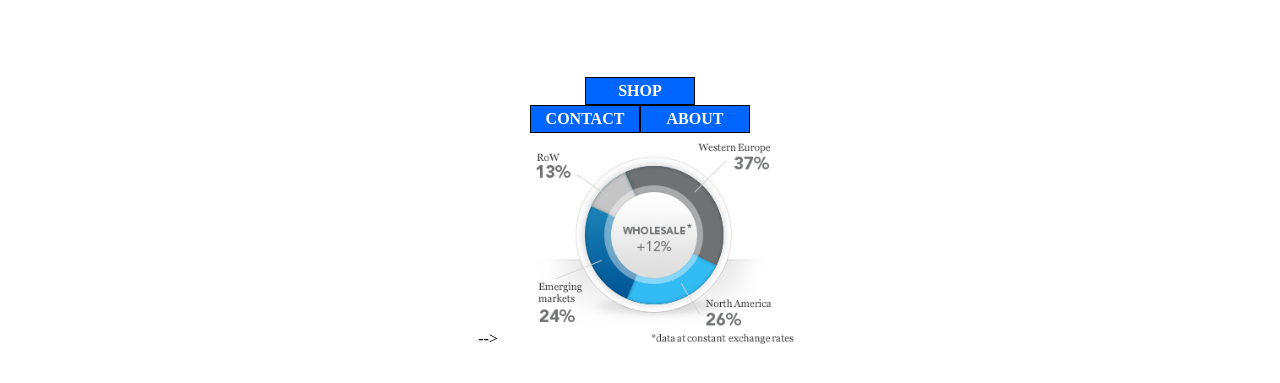
Repository: RichHomieGarry/GarrisonTsui-Website
Page: lab3/about.html
The author's editor kept a record of every edit. The page is drawn from the files as they stood at one moment, then again after the next edit.
The browser window is 1280 px wide. The pictures show the whole page.

Above is the page before.

### lab3/about.html
<html>
    <head>
        <link rel="stylesheet" type="text/css" href="style.css">
        <!-- Garrison Tsui 862098245, gtsui001@ucr.edu-->
        <title> Luxottica Group</title>
    </head>
    <body>
        <div class="Main">
        <br>
        <img src="/lab3/logocshw.png">
        <br>
        <br>
        <ul>
            <li class="drop-button">
                <a href="index.html">Shop</a>
                <ul class="drop">
                    <li><a target="blank" href="http://www.ray-ban.com/usa/">RayBan</a></li>
                    <li><a target="blank" href="http://www.oakley.com/">Oakley</a></li>
                </ul>
            </li>
        </ul>
        <li class="drop-button">
            <a href="contact.html">Contact</a>
            <ul class="drop">
                <li>
                    <a href="mailto:gtsui001@ucr.edu">Email</a>
                </li>
                <li>
                    <a href="tel:555-555-5555">Phone</a>
                </li>
            </ul>
            <li>
                <a href="about.html">About</a>
            </li>
            <ul>
                <div class="Picture"
                <!-- <img src="salescshw.png"> -->
                <img src="salescshw.png" width="300">

            </ul>

            </body>
            </html>

### lab3/style.css
body{
    background: url(/lab3/background cshw.png);
    margin: 0;
    padding: 0;
}
.Main{
    min-width: 500px;
    text-align: center;
}
ul {
    list-style-type: none;
    margin: 0;
    padding: 0;
}
li{
    display: inline-block;
}
a, a:visited {
    display: block;
    width: 100px;
    font-weight: bold;
    color: #FFFFFF;
    background-color: #0066FF;
    text-align: center;
    border-style: solid;
    border-width: 1px;
    border-color: black;
    padding: 4px;
    text-decoration: none;
    text-transform: uppercase;
}
a:hover, a:active{
    background-color: #6699FF;
}
.Main .drop {
    display: none;
}
.Main li{
    position: relative;
}
.Main li.drop-button:hover .drop{
    display: block;
    position: absolute;
    top: 28px;
    z-index: 1;
}

After the next edit:
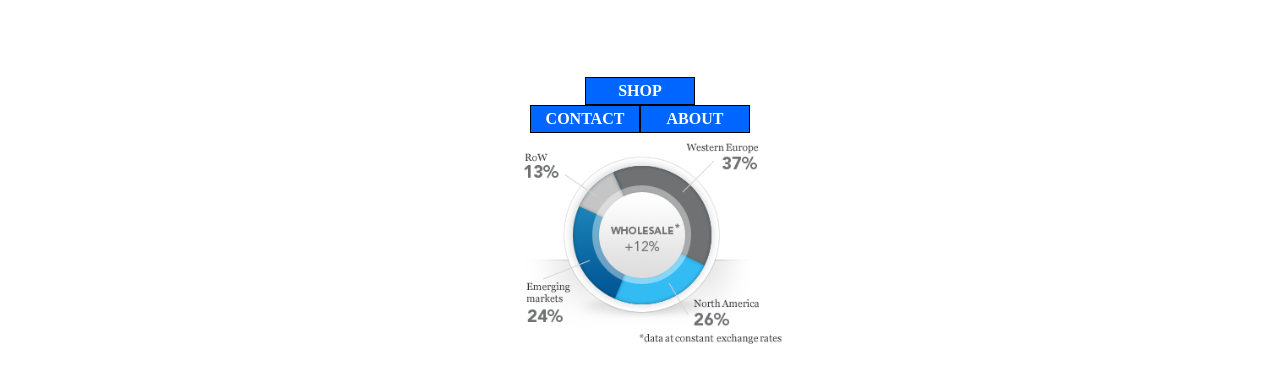
The edit:
--- a/lab3/about.html
+++ b/lab3/about.html
@@ -33,7 +33,7 @@
                 <a href="about.html">About</a>
             </li>
             <ul>
-                <div class="Picture"
+                <div class="Picture">
                 <!-- <img src="salescshw.png"> -->
                 <img src="salescshw.png" width="300">
 
